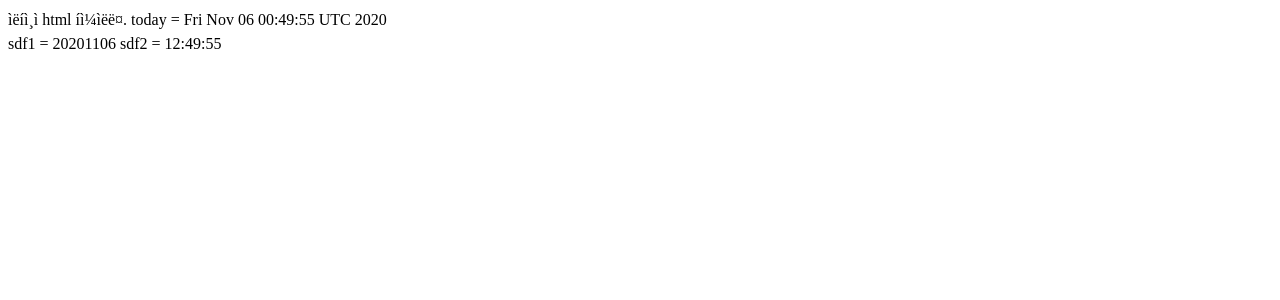
Repository: parkmyounghoi/20201113
Page: http://localhost/20201109/simpleDate.jsp
The author's editor kept a copy of each file at every save. The page is drawn from the files as they stood at one save, then again after the next save.
The browser window is 1280 px wide. The pictures show the whole page.
The page is served by Tomcat 9.

Above is the page before, as saved 2020-11-09 01:02:52.

### 20201109/WebContent/simpleDate.jsp
<%@ page language="java" contentType="text/html; charset=UTF-8" pageEncoding="UTF-8"%>
<%@page import="java.text.SimpleDateFormat"%>
<%@ page import="java.util.Date"%>
<!DOCTYPE html>
<html>
<head>
<meta charset="UTF-8">
<title>Insert title here</title>
</head>
<body>
<%@ include file = "include.html" %>
<%
//include 한번더
	// taglib지시자
	// 메서드 선언과 <%= 스크립트릿
	// 연습문제... 오전에..
	// 오후에는 oracle 진행..
	// DB 연결객체
	/*
		Connection
		prepareStatement
		ResultSet
	*/
	Date today = new Date();
	out.println("today  = "+ today+"<br/>");
	SimpleDateFormat sdf1 = new SimpleDateFormat("yyyyMMdd");
	SimpleDateFormat sdf2 = new SimpleDateFormat("hh:mm:ss");

	out.println("sdf1 = "+sdf1.format(today));
	out.println("sdf2 = "+sdf2.format(today));
%>
</body>
</html>

### 20201109/WebContent/include.html
<!DOCTYPE html>
<html>
<head>
<meta charset="UTF-8">
<title>Insert title here</title>
</head>
<body>
안녕하세요 html 파일입니다.
</body>
</html>

### 20201109/WebContent/include.jsp
<%@ page language="java" contentType="text/html; charset=UTF-8"
    pageEncoding="UTF-8"%>
<!DOCTYPE html>
<html>
<head>
<meta charset="UTF-8">
<title>Insert title here</title>
</head>
<body>
오늘도 수업이 빡빡하게 진행되고 있네요...
쉬엄쉬엄 차근차근 여러번 반복해서 공부하도록 합시다
</body>
</html>

After the next save:
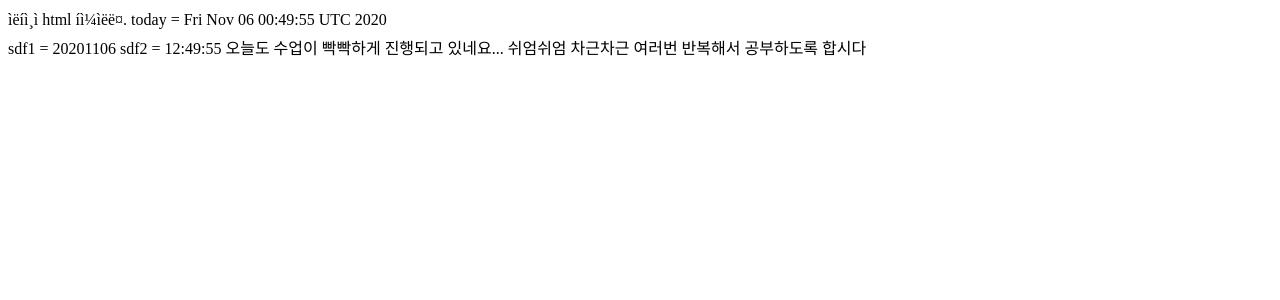
Saved 27 s later.
--- a/20201109/WebContent/simpleDate.jsp
+++ b/20201109/WebContent/simpleDate.jsp
@@ -29,5 +29,6 @@
 	out.println("sdf1 = "+sdf1.format(today));
 	out.println("sdf2 = "+sdf2.format(today));
 %>
+<%@ include file="include.jsp" %>
 </body>
 </html>
